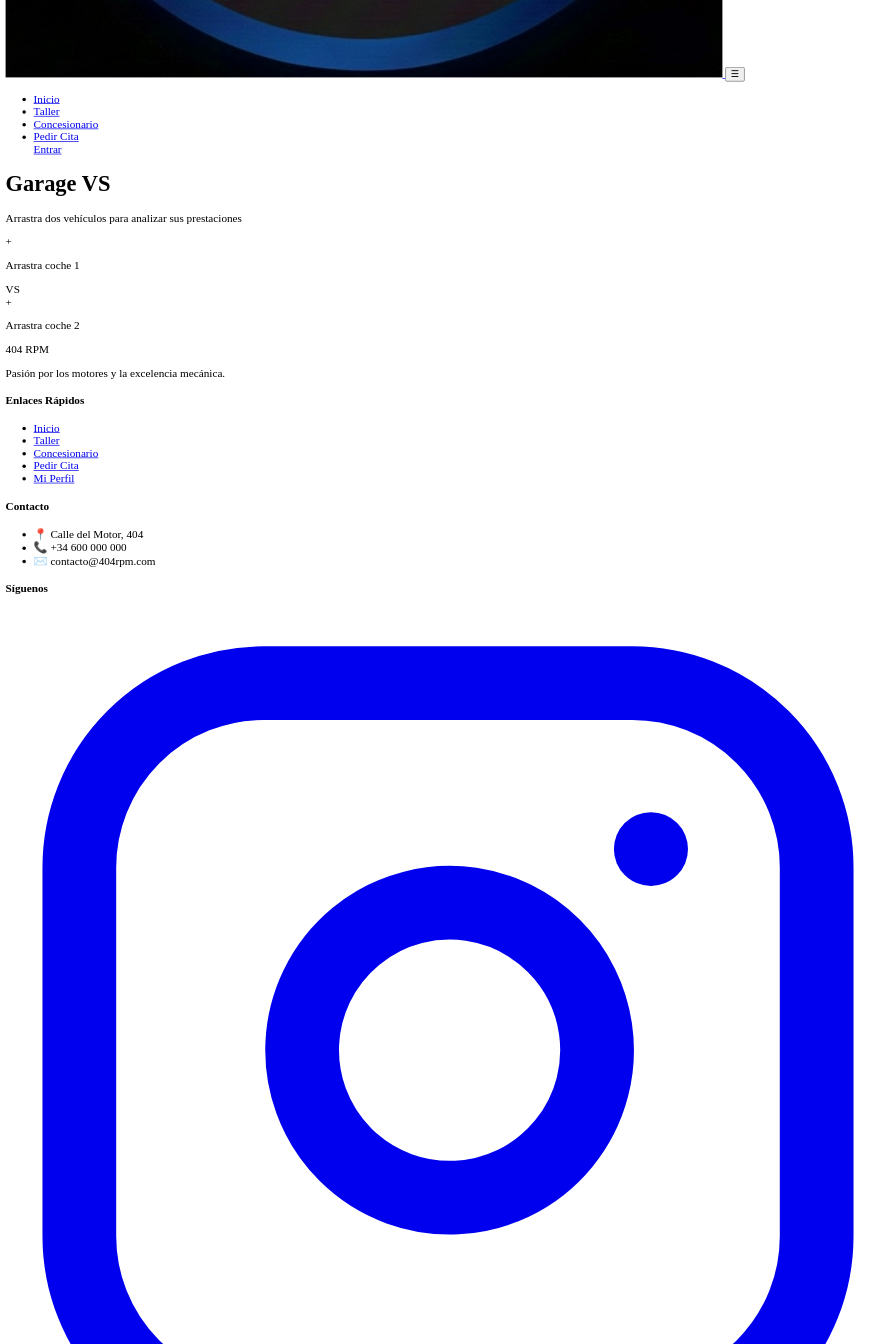
Repository: ikcpt/404-rpm
Page: http://localhost/comparacion
These files come from the project's save history. The page is drawn as it stood at one moment and after a run of saves; the edit follows.
The browser window is 1280 px wide. The pictures show the part of the page from y = 922 to 2842 px (the page is 5646 px tall before and 5560 px after), at 70% of full size.
The page is served by the project's Laravel application, run on PHP 8.4 with Laravel 12. Queries for data that is not in the repository find no rows.

Above is the page before, as saved 2026-02-05 11:43:00.

After the next 4 saves:
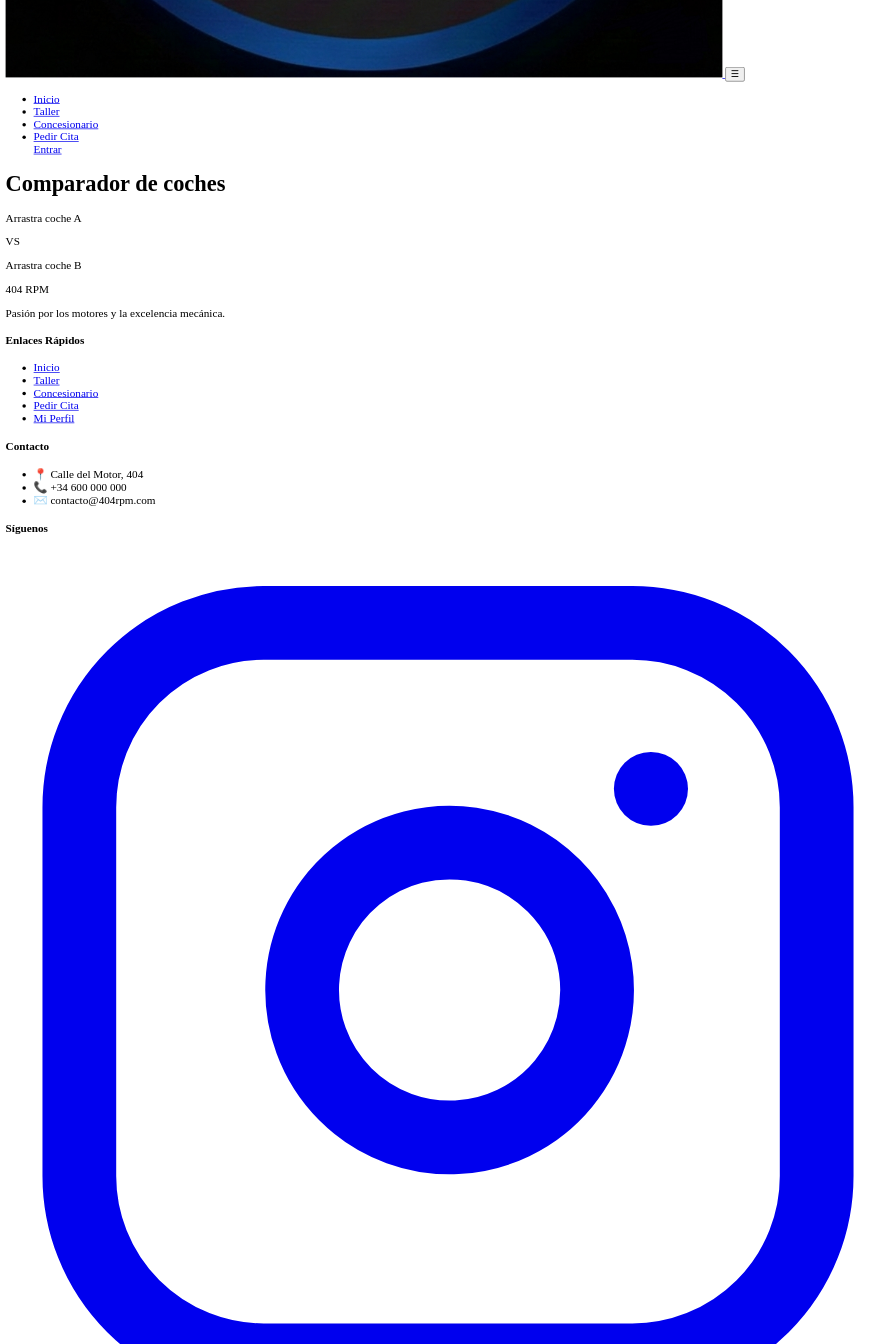
The 4 saves are shown as one change because 3 did not build or start.
The last was saved 4 min 17 s later.
--- a/dev/backend/src/app/Http/Controllers/ComparacionController.php
+++ b/dev/backend/src/app/Http/Controllers/ComparacionController.php
@@ -3,65 +3,21 @@
 namespace App\Http\Controllers;
 
 use App\Models\Car;
-use Illuminate\Http\Request;
-use Illuminate\Http\JsonResponse;
 
 class ComparacionController extends Controller
 {
-    /**
-     * Muestra la vista principal del comparador con el listado de coches.
-     */
+    // Página del comparador
     public function index()
     {
-        // Traemos los coches con sus relaciones para evitar el problema de consultas N+1
-        // He aumentado el límite a 12 para que el "scroll" horizontal luzca mejor
-        $coches = Car::with(['brand'])
-            ->where('active', true) // Opcional: solo coches activos
-            ->latest()
-            ->take(12)
-            ->get();
-
+        // Traemos los 9 primeros coches, con marca y extras
+        $coches = Car::with(['brand', 'extras'])->take(9)->get();
         return view('comparacion', compact('coches'));
     }
 
-    /**
-     * Devuelve los detalles técnicos de un coche específico para la comparación.
-     * Se usa mediante una llamada AJAX/Fetch desde el JS.
-     */
-    public function show($id): JsonResponse
+    // Datos JSON de un coche
+    public function show($id)
     {
-        try {
-            // Cargamos el coche con su marca y todos los extras
-            $coche = Car::with(['brand', 'extras'])->findOrFail($id);
-
-            // Retornamos una respuesta JSON limpia
-            return response()->json([
-                'status' => 'success',
-                'data'   => [
-                    'id'            => $coche->id,
-                    'modelo'        => $coche->model,
-                    'marca'         => $coche->brand->name ?? 'Genérica',
-                    'imagen'        => $coche->image,
-                    'precio'        => number_format($coche->price, 0, ',', '.'),
-                    'precio_raw'    => $coche->price,
-                    // Atributos técnicos para las barras de comparación
-                    'specs' => [
-                        'potencia'    => $coche->hp . ' CV',
-                        'potencia_val'=> $coche->hp,
-                        'consumo'     => $coche->consumption . ' L/100km',
-                        'transmision' => $coche->transmission,
-                        'combustible' => $coche->fuel_type,
-                        'aceleracion' => $coche->acceleration_0_100 . 's',
-                    ],
-                    'extras' => $coche->extras->pluck('name'),
-                ]
-            ]);
-
-        } catch (\Exception $e) {
-            return response()->json([
-                'status'  => 'error',
-                'message' => 'Vehículo no encontrado'
-            ], 404);
-        }
+        // Cargamos marca y extras
+        return Car::with(['brand', 'extras'])->findOrFail($id);
     }
 }
--- a/dev/backend/src/resources/views/comparacion.blade.php
+++ b/dev/backend/src/resources/views/comparacion.blade.php
@@ -1,52 +1,45 @@
 @extends('layouts.layout')
 
 @section('content')
-<div class="comparador-wrapper">
 
-    <div class="header-text">
-        <h1>Garage VS</h1>
-        <p>Arrastra dos vehículos para analizar sus prestaciones</p>
-    </div>
+<div class="comparador">
 
-    <div class="garage-container">
-        <div class="garage-track">
-            @foreach($coches as $coche)
-                <div class="car-card" draggable="true" data-id="{{ $coche->id }}">
-                    <div class="card-img-wrap">
-                        <img src="{{ asset($coche->image) }}" alt="{{ $coche->model }}">
-                    </div>
-                    <div class="card-info">
-                        <span class="brand">{{ $coche->brand->name ?? '' }}</span>
-                        <span class="model">{{ $coche->model }}</span>
-                    </div>
-                </div>
-            @endforeach
-        </div>
-    </div>
+    <h1 class="titulo">Comparador de coches</h1>
 
-    <div class="arena">
+    <!-- Sección de coches disponibles -->
+    <section class="garage">
+        @foreach($coches as $coche)
+            <div
+                class="car-card"
+                draggable="true"
+                data-id="{{ $coche->id }}"
+            >
+                <img src="{{ $coche->image }}">
+                <span>{{ $coche->model }}</span>
+            </div>
+        @endforeach
+    </section>
 
-        <div class="drop-zone" id="slotA">
-            <div class="empty-state">
-                <div class="plus-icon">+</div>
-                <p>Arrastra coche 1</p>
-            </div>
-            <div class="car-content hidden"></div>
+    <!-- Zona de comparación -->
+    <section class="zona-comparacion">
+
+        <div class="drop-slot" id="slotA">
+            <p>Arrastra coche A</p>
+            <div class="specs"></div>
         </div>
 
-        <div class="vs-badge">VS</div>
+        <div class="vs">VS</div>
 
-        <div class="drop-zone" id="slotB">
-            <div class="empty-state">
-                <div class="plus-icon">+</div>
-                <p>Arrastra coche 2</p>
-            </div>
-            <div class="car-content hidden"></div>
+        <div class="drop-slot" id="slotB">
+            <p>Arrastra coche B</p>
+            <div class="specs"></div>
         </div>
 
-    </div>
+    </section>
+
 </div>
 
-<link rel="stylesheet" href="{{ asset('css/comparador.css') }}">
-<script src="{{ asset('js/comparador.js') }}"></script>
+<link rel="stylesheet" href="/css/comparacion.css">
+<script src="/js/comparacion.js"></script>
+
 @endsection
